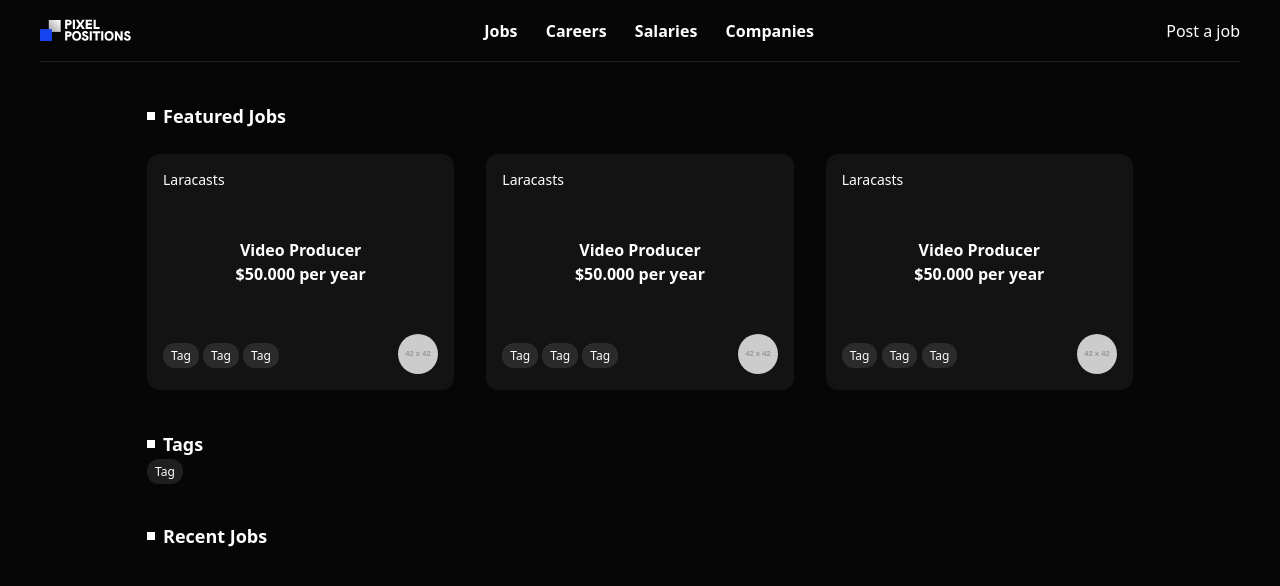
Repository: aggepap/pixel-positions-laravel
Page: http://localhost/
An editor plug-in stored every save of this project. The page is shown before and after the next save, followed by the edit.
The browser window is 1280 px wide. The pictures show the whole page.
The page is served by the project's Laravel application, run on PHP 8.4 with Laravel 12. Style sheets and scripts are compiled from the project's sources, by tool versions that may differ from the author's.

Above is the page before, as saved 2025-02-21 20:59:29.

After the next save:
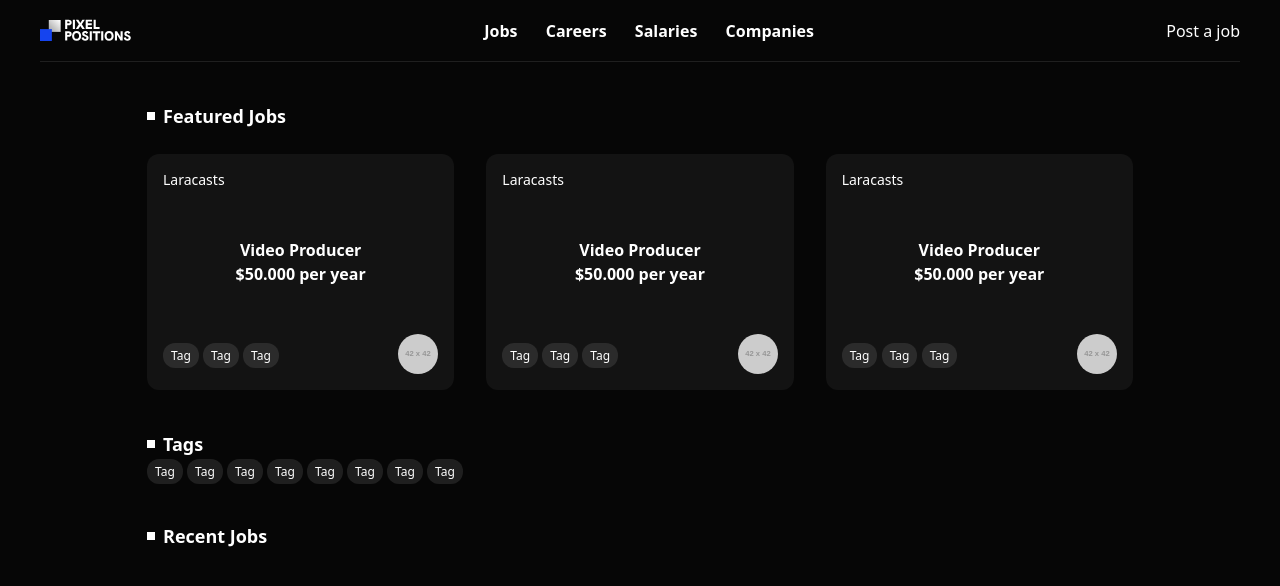
Saved 7 s later.
--- a/resources/views/welcome.blade.php
+++ b/resources/views/welcome.blade.php
@@ -13,6 +13,13 @@
 
        <div class="">
         <x-tag>Tag</x-tag>
+        <x-tag>Tag</x-tag>
+        <x-tag>Tag</x-tag>
+        <x-tag>Tag</x-tag>
+        <x-tag>Tag</x-tag>
+        <x-tag>Tag</x-tag>
+        <x-tag>Tag</x-tag>
+        <x-tag>Tag</x-tag>
        </div>
     </section>
    <section>
